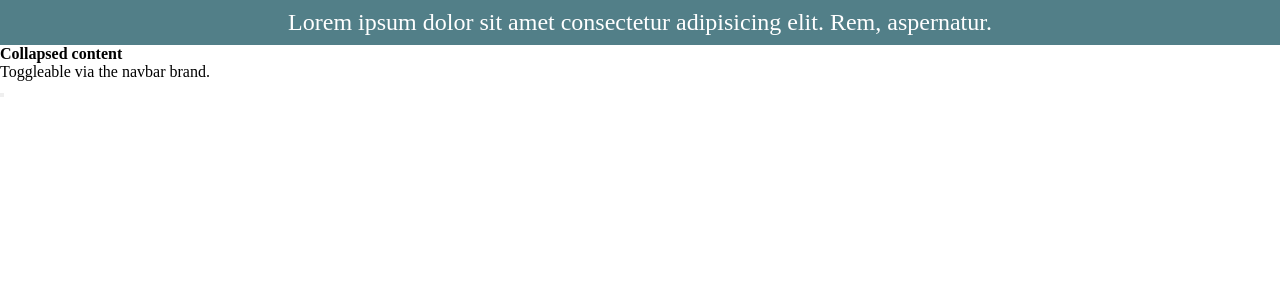
Repository: DaNiels89/frontendassignmentbogbootcamp
Page: index.html
An editor plug-in stored every save of this project. The page is shown before and after the next save, followed by the edit.
The browser window is 1280 px wide. The pictures show the whole page.

Above is the page before, as saved 2020-03-19 16:57:37.

### index.html
<!DOCTYPE html>
<html lang="en">
  <head>
    <meta charset="UTF-8" />
    <meta name="viewport" content="width=device-width, initial-scale=1.0" />
    <title>Front end Assignment - Carousel</title>
    <link rel="stylesheet" href="css/styles.css" />
  </head>
  <body>
    <div class="promotion-bar">
      Lorem ipsum dolor sit amet consectetur adipisicing elit. Rem, aspernatur.
    </div>

    <div class="pos-f-t">
      <div class="collapse" id="navbarToggleExternalContent">
        <div class="bg-dark p-4">
          <h4 class="text-white">Collapsed content</h4>
          <span class="text-muted">Toggleable via the navbar brand.</span>
        </div>
      </div>
      <nav class="navbar navbar-dark bg-dark">
        <button
          class="navbar-toggler"
          type="button"
          data-toggle="collapse"
          data-target="#navbarToggleExternalContent"
          aria-controls="navbarToggleExternalContent"
          aria-expanded="false"
          aria-label="Toggle navigation"
        >
          <span class="navbar-toggler-icon"></span>
        </button>
      </nav>
    </div>

    <div class="carousel"></div>
  </body>
</html>

### css/styles.css
* {
  box-sizing: border-box;
  margin: 0;
  padding: 0;
}

.promotion-bar {
  background-color: rgb(82, 127, 136);
  color: white;
  font-size: 1.5rem;
  text-align: center;
  width: 100%;
  height: auto;
  padding: 9px;
}

After the next save:
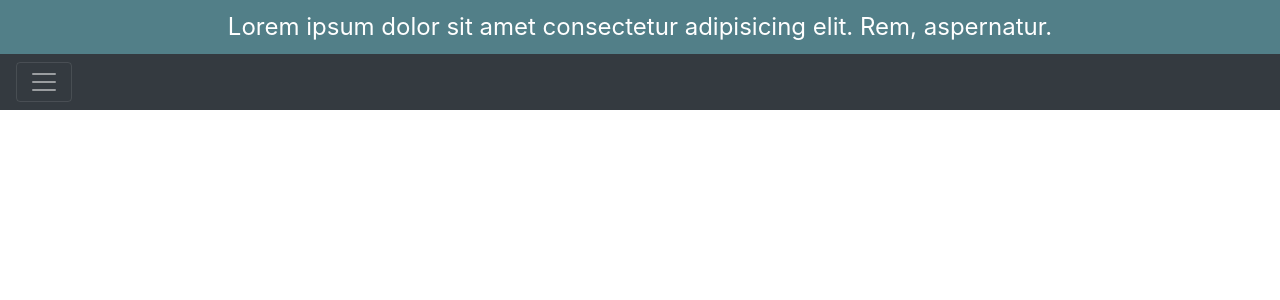
Saved 56 s later.
--- a/index.html
+++ b/index.html
@@ -4,6 +4,12 @@
     <meta charset="UTF-8" />
     <meta name="viewport" content="width=device-width, initial-scale=1.0" />
     <title>Front end Assignment - Carousel</title>
+    <link
+      rel="stylesheet"
+      href="https://stackpath.bootstrapcdn.com/bootstrap/4.3.1/css/bootstrap.min.css"
+      integrity="sha384-ggOyR0iXCbMQv3Xipma34MD+dH/1fQ784/j6cY/iJTQUOhcWr7x9JvoRxT2MZw1T"
+      crossorigin="anonymous"
+    />
     <link rel="stylesheet" href="css/styles.css" />
   </head>
   <body>
